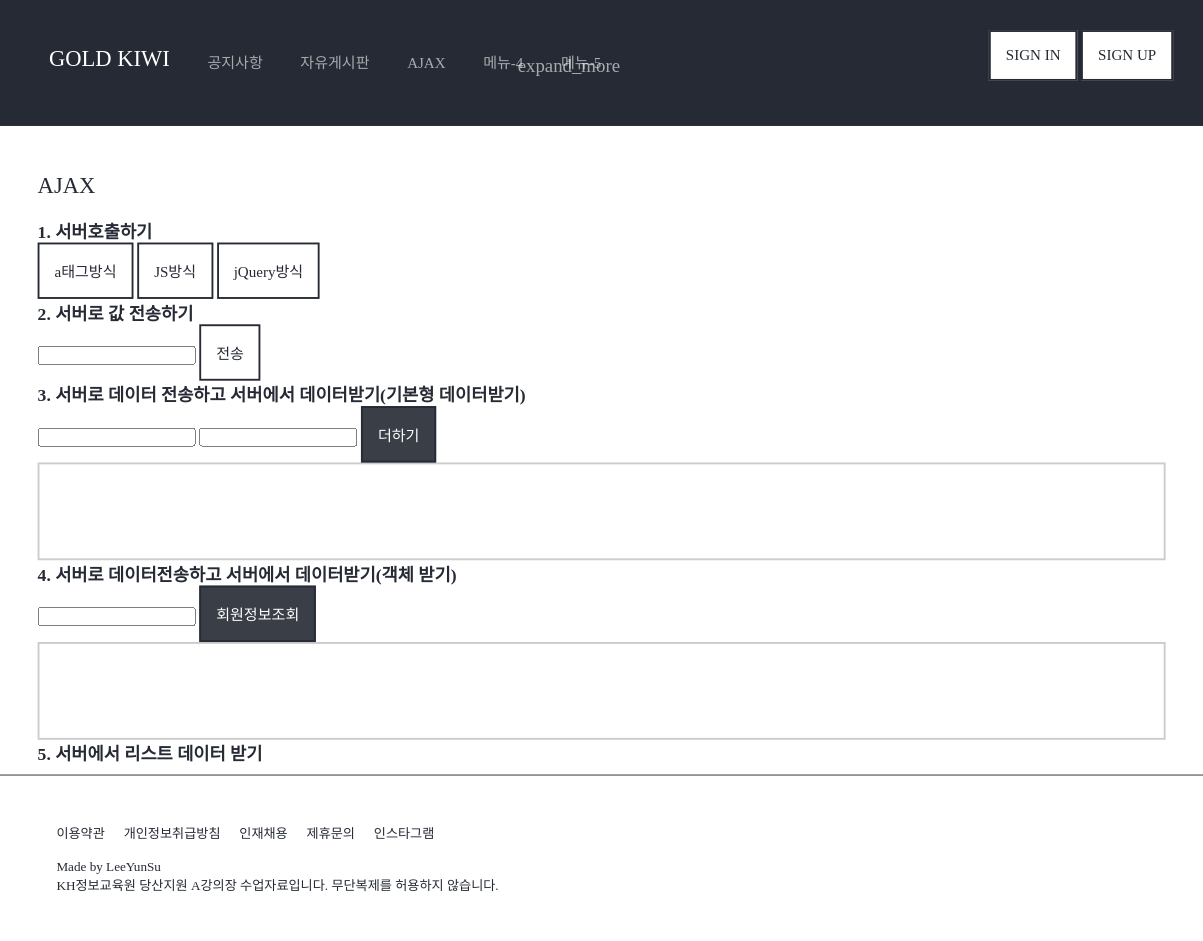
Repository: RiboKim/web-workspace
Page: http://localhost/07_mvc2WebProject/ajax.do
The author's editor kept a copy of each file at every save. The page is drawn from the files as they stood at one save, then again after the next save.
The browser window is 1280 px wide. The pictures show the whole page, at 94% of full size.
Some web fonts or font styles are not loaded; a fallback is used. The page is served by Tomcat 9. Other server files are loaded and not shown.

Above is the page before, as saved 2023-02-21 04:32:36.

### 07_mvc2WebProject/src/main/webapp/WEB-INF/views/etc/ajax.jsp
<%@ page language="java" contentType="text/html; charset=UTF-8"
    pageEncoding="UTF-8"%>
<!DOCTYPE html>
<html>
<head>
<meta charset="UTF-8">
<title>Insert title here</title>
<style>
	.ajaxResult{
		min-height: 100px;
		border : 2px solid #ccc;
	}
</style>
</head>
<body>
	<%@include file="/WEB-INF/views/common/header.jsp" %>
	<div class="page-content">
		<div class="page-title">AJAX</div>
		<h3>1. 서버호출하기</h3>
		<a class="btn bc11" href="/ajaxTest1.do">a태그방식</a>
		<button class="btn bc11" id="js">JS방식</button>
		<button class="btn bc11" id="jQ1">jQuery방식</button>

		<h3>2. 서버로 값 전송하기</h3>
		<input type="text">
		<button class="btn bc11" id="jQ2">전송</button>

		<h3>3. 서버로 데이터 전송하고 서버에서 데이터받기(기본형 데이터받기)</h3>
		<input type="text" id="su1">
		<input type="text" id="su2">
		<button class="btn bc1" id="jQ3">더하기</button>
		<p class="ajaxResult" id="result3"></p>

		<h3>4. 서버로 데이터전송하고 서버에서 데이터받기(객체 받기)</h3>
		<input type="text" id="input4">
		<button class="btn bc1" id="jQ4">회원정보조회</button>
		<p class="ajaxResult" id="result4"></p>

		<h3>5. 서버에서 리스트 데이터 받기</h3>
	</div>
	<script>
		$("#js").on("click",function(){
			//javascript로 ajax를 이용한 서버호출방식
			//1.XMLHttpRequest객체 생성
			const xhttp = new XMLHttpRequest();
			//2.요청 정보 설정
			//method, url, 비동기여부
			xhttp.open("GET","/ajaxTest1.do",true);
			//3.서버 요청 처리에 따른 동작함수 지정
			xhttp.onreadystatechange = function(){
				if(this.readyState == 4 && this.status == 200){
					//요청이 모두 끝나고 && 정상적인 응답이 돌아온 경우
					console.log("서버 요청 성공!!");
				}else if(this.readyState == 4 && this.status == 404){
					//요청이 모두 끝나고 && 해당 페이지를 찾을 수 없는 경우
					console.log("주소를 찾을 수 없습니다.");
				}
			}
			//4.서버에 요청
			xhttp.send();
		});

		$("#jQ1").on("click",function(){
			$.ajax({
				url : "/ajaxTest1.do",
				type : "GET",
				success : function(){
					console.log("서버 호출 완료!!!!");
				},
				error : function(){
					console.log("에러발생");
				},
				complete : function(){
					console.log("무조건 호출");
				}
			});
		});

		$("#jQ2").on("click",function(){
			const input = $(this).prev();
			const inputValue = input.val();
			$.ajax({
				url : "/ajaxTest2.do",
				type : "get",
				data : {input1 : inputValue}, //input1이 key값이라고 생각하면 됨, 여러개 보내는것도 가능
				success : function(){
					console.log("서버로 데이터 전송 완료");
				},
				error : function(){
					console.log("에러발생");
				}
			});
		});
		$("#jQ3").on("click",function(){
			//input에 입력된 값 2개 가져다가
			// /ajaxTest3.do에 전송후 출력
			const su1 = $("#su1").val();
			const su2 = $(this).prev().val();
			$.ajax({
				url : "ajaxTest3.do",
				type : "post",
				data : {num1 : su1, num2 : su2},
				success : function(data){
					console.log(data, typeof data);
					$("#result3").text(su1+"+"+su2+"="+data);
					console.log("서버요청성공");

				},
				error : function(){
					console.log("서버요청 실패")
				}
			});
		});
		$("#jQ4").on("click",function(){
			const memberId = $("#input4").val();
			const result = $("#result4");
			result.empty();//데이터가 쌓이는걸 막는거 없는 아이디를 쳐도 데이터는 쌓이니까
			$.ajax({
				url : "/ajaxTest4.do",
				type : "get",
				data : {memberId : memberId},
				dataType : "JSON", //Servlet에 안 쓸거면 여기에 쓰면 됨
				success : function(data){
					if(data == null){
						result.append("회원 정보를 조회할 수 없습니다.");
					}else{
						result.append("아이디 : "+data.memberId+"<br>");
						result.append("이름 : "+data.memberName+"<br>");
						result.append("전화번호 : "+data.memberPhone+"<br>");
						result.append("주소 : "+data.memberAddr);
					}
				},
				error : function(){
					console.log("서버요청 실패")
				}
			})
		})
	</script>
	<%@include file="/WEB-INF/views/common/footer.jsp" %>
</body>
</html>

### 07_mvc2WebProject/src/main/webapp/WEB-INF/views/common/header.jsp
<%@page import="kr.or.iei.member.model.vo.Member"%>
<%@ page language="java" contentType="text/html; charset=UTF-8"
    pageEncoding="UTF-8"%>
    <%
    	Member m = (Member)session.getAttribute("m");
    %>

	<!-- 구글 아이콘 -->
    <link href="https://fonts.googleapis.com/icon?family=Material+Icons" rel="stylesheet">
    <!-- jquery -->
    <script src="/js/jquery-3.6.0.js"></script>
    <!-- 기본 CSS -->
    <link rel="stylesheet" href="/css/default.css" />
    <!-- 기본 js -->
    <script src="/js/default.js"></script>

    <header>
      <div class="site-logo">
        <a href="/">GOLD KIWI</a>
      </div>
      <nav>
        <ul class="navi">
          <li><a href="/noticeList.do?requestPage=1">공지사항</a></li>
          <li><a href="/boardList.do">자유게시판</a></li>
          <li><a href="/ajax.do">AJAX</a></li>
          <li><a href="#">메뉴-4</a></li>
          <li>
			<a href="#">메뉴-5</a>
            <ul class="sub-navi">
              <li><a href="#">sub-1</a></li>
              <li><a href="#">sub-2</a></li>
              <li><a href="#">sub-3</a></li>
            </ul>
           </li>
        </ul>
      </nav>
      <div class="header-link">
      <%if(m == null){ %>
        <button class="btn bc11 modal-open-btn" target="#login-modal">SIGN IN</button>
        <a class="btn bc11" href="/signupFrm.do">SIGN UP</a>
      <%}else{ %>
      <%--<a class="btn bc11" href="/mypage1.do"><%=m.getMemberName() %></a> --%>
      <%--memberId를 mypage2.do로 넘겨주는거 --%>
      <a class="btn bc11" href="/mypage2.do?memberId=<%=m.getMemberId() %>"><%=m.getMemberName() %></a>

      <a class="btn bc11" href="/logout.do">LOGOUT</a>
      <%} %>
      </div>
    </header>
    <%if(m == null) {%>
    <div id="login-modal" class="modal-bg">
      <div class="modal-wrap">
        <div class="modal-head">
          <h2>SIGN IN</h2>
          <span class="material-icons close-icon modal-close">close</span>
        </div>
        <form action="/signin.do" method="post">
        <div class="modal-content">
          <div class="input-box">
          	<label for="signId">아이디</label>
          	<input type="text" name="signId" id="signId" class="input-form" placeholder="아이디입력">
          </div>
          <div class="input-box">
          	<label for="signPw">비밀번호</label>
          	<input type="password" name="signPw" id="signPw" class="input-form" placeholder="비밀번호입력">
          </div>
          <div class="input-box link-box">
          	<a href="#">아이디/비밀번호 찾기</a>
          </div>
        </div>
        <div class="modal-foot">
          <button type="submit" class="btn bc11">로그인</button>
          <button type="button" class="btn bc1 modal-close">취소</button>
        </div>
        </form>
      </div>
    </div>
    <%}%>

### 07_mvc2WebProject/src/main/webapp/WEB-INF/views/common/footer.jsp
<%@ page language="java" contentType="text/html; charset=UTF-8"
    pageEncoding="UTF-8"%>
	<footer>
      <div class="footer-content">
        <ul>
          <li><a href="#">이용약관</a></li>
          <li><a href="#">개인정보취급방침</a></li>
          <li><a href="#">인재채용</a></li>
          <li><a href="#">제휴문의</a></li>
          <li><a href="#">인스타그램</a></li>
        </ul>
        <p>Made by LeeYunSu</p>
        <p>
          KH정보교육원 당산지원 A강의장 수업자료입니다. 무단복제를 허용하지
          않습니다.
        </p>
      </div>
    </footer>

### 07_mvc2WebProject/src/main/java/kr/or/iei/ajax/controller/AjaxServlet.java
package kr.or.iei.ajax.controller;

import java.io.IOException;

import javax.servlet.RequestDispatcher;
import javax.servlet.ServletException;
import javax.servlet.annotation.WebServlet;
import javax.servlet.http.HttpServlet;
import javax.servlet.http.HttpServletRequest;
import javax.servlet.http.HttpServletResponse;

/**
 * Servlet implementation class AjaxServlet
 */
@WebServlet(name = "Ajax", urlPatterns = { "/ajax.do" })
public class AjaxServlet extends HttpServlet {
	private static final long serialVersionUID = 1L;

    /**
     * @see HttpServlet#HttpServlet()
     */
    public AjaxServlet() {
        super();
        // TODO Auto-generated constructor stub
    }

	/**
	 * @see HttpServlet#doGet(HttpServletRequest request, HttpServletResponse response)
	 */
	protected void doGet(HttpServletRequest request, HttpServletResponse response) throws ServletException, IOException {
		//1.인코딩
		request.setCharacterEncoding("utf-8");
		//2.값추출
		//3.비즈니스로직
		//4.결과처리
		RequestDispatcher view = request.getRequestDispatcher("/WEB-INF/views/etc/ajax.jsp");
		view.forward(request, response);
	}

	/**
	 * @see HttpServlet#doPost(HttpServletRequest request, HttpServletResponse response)
	 */
	protected void doPost(HttpServletRequest request, HttpServletResponse response) throws ServletException, IOException {
		// TODO Auto-generated method stub
		doGet(request, response);
	}

}

### 07_mvc2WebProject/src/main/webapp/css/default.css
/* 사용할 font 선언 */
@font-face {
  font-family: ns-thin;
  src: url(../font/NotoSansKR-Thin.otf);
}
@font-face {
  font-family: ns-light;
  src: url(../font/NotoSansKR-Light.otf);
}
@font-face {
  font-family: ns-m;
  src: url(../font/NotoSansKR-Medium.otf);
}
@font-face {
  font-family: ns-bold;
  src: url(../font/NotoSansKR-Bold.otf);
}
@font-face {
  font-family: ns-black;
  src: url(../font/NotoSansKR-Black.otf);
}
/*
    사이트 사용 색상
    balck : #252A34
    darkgray : #393E46
    lightgray : #EEEEEE
    dark-mint : #00ADB5
    mint : #08D9D6
    point-red : #FF2E63
    point-pink : #F85F73
    point-violet : #892CDC
*/
/* 전체태그 기본 margin, padding 제거 */
/* 기본 글씨 색 및 폰트 설정 */

* {
  margin: 0;
  padding: 0;
  color: #252a34;
  font-family: ns-m;
}
body {
  display: flex;
  flex-direction: column;
  min-height: 100vh;
}
/* 기본화면 레이아웃 */
a {
  text-decoration: none;
}
header {
  background-color: #252a34;
  padding: 32px;
  display: flex;
  min-width: 1200px;
}
header > *:not(.header-link) {
  float: left;
}
header > .site-logo {
  padding: 0px 20px;
}
header > .site-logo > a {
  color: #fff;
  font-family: ns-bold;
  font-size: 24px;
  line-height: 60px;
}
header > nav {
  flex-grow: 1;
}

header > nav > .navi {
  list-style-type: none;
}
header > nav > .navi > li {
  float: left;
  position: relative;
}
header > nav > .navi > li > a {
  display: block;
  color: rgba(255, 255, 255, 0.6);
  padding: 5px 20px;
  transition-duration: 0.5s;
  line-height: 60px;
}
header > nav > .navi > li:hover > a,
header > nav > .navi > li:hover > a + span {
  color: rgba(255, 255, 255, 1);
}
header > nav > .navi > li:hover > .sub-navi {
  display : block;
}
header > nav .sub-navi {
  position: absolute;
  background-color: #fff;
  list-style-type: none;
  display: none;
  border: 1px solid rgba(0, 0, 0, 0.2);
  left: 10px;
  min-width: 10rem;
}
header > nav .sub-navi > li {
  padding: 0.25rem 1rem;
}
header > nav .sub-navi > li > a {
  display: block;
}
header > nav .sub-navi > li:hover {
  background-color: rgba(0, 0, 0, 0.05);
}
.material-icons.dropdown {
  font-size: 20px;
  color: rgba(255, 255, 255, 0.6);
  position: absolute;
  right: 0px;
  top: 27px;
  transition-duration: 0.5s;
}
.material-icons.dropdown:hover {
  cursor: pointer;
}
.page-content {
  width: 1200px;
  margin: 30px auto;
  margin-bottom: 10px;
  flex-grow: 1;
}
.page-title {
  font-family: ns-bold;
  padding: 20px 0px;
  font-size: 1.5rem;
}
footer {
  padding: 50px;
  border-top: 1px solid #252a34;
}
footer > .footer-content {
  width: 1200px;
  margin: 0 auto;
  padding: 0px 10px;
}
footer > .footer-content * {
  font-size: 14px;
}
footer > .footer-content > ul {
  list-style-type: none;
  overflow: hidden;
  margin-bottom: 20px;
}
footer > .footer-content > ul > li {
  float: left;
}
footer > .footer-content > ul > li > a {
  padding-right: 20px;
}

/* font 클래스*/
.f-thin {
  font-family: ns-thin;
}
.f-light {
  font-family: ns-light;
}
.f-medium {
  font-family: ns-m;
}
.f-bold {
  font-family: ns-bold;
}
.f-black {
  font-family: ns-black;
}

/* 글씨 색 */
.fc-1 {
  color: #252a34;
}
.fc-2 {
  color: #393e46;
}
.fc-3 {
  color: #eeeeee;
}
.fc-4 {
  color: #00adb5;
}
.fc-5 {
  color: #08d9d6;
}
.fc-6 {
  color: #ff2e63;
}
.fc-7 {
  color: #f85f73;
}
.fc-8 {
  color: #892cdc;
}

/* 배경 색*/
.bg-1 {
  background-color: #252a34;
}
.bg-2 {
  background-color: #393e46;
}
.bg-3 {
  background-color: #eeeeee;
}
.bg-4 {
  background-color: #00adb5;
}
.bg-5 {
  background-color: #08d9d6;
}
.bg-6 {
  background-color: #ff2e63;
}
.bg-7 {
  background-color: #f85f73;
}
.bg-8 {
  background-color: #892cdc;
}

/* 테이블 디자인 */
.tbl {
  width: 100%;
  border-spacing: 0px;
  border-collapse: collapse;
}
.tbl th,
.tbl td {
  padding: 1rem;
  text-align: center;
}
.tbl .tr-1 {
  background-color: rgba(255, 255, 255, 1);
}
.tbl .tr-2 {
  background-color: rgba(57, 62, 70, 0.1);
}
.tbl .tr-3 {
  background-color: rgba(0, 173, 181, 0.1);
}
.tbl .tr-4 {
  background-color: rgba(137, 44, 220, 0.1);
}
.tbl .tr-5 {
  background-color: rgba(255, 46, 999, 0.1);
}
.tbl .td-1 {
  background-color: rgba(255, 255, 255, 1);
}
.tbl .td-2 {
  background-color: rgba(57, 62, 70, 0.1);
}
.tbl .td-3 {
  background-color: rgba(0, 173, 181, 0.1);
}
.tbl .td-4 {
  background-color: rgba(137, 44, 220, 0.1);
}
.tbl .td-5 {
  background-color: rgba(255, 46, 999, 0.1);
}
.tbl.tbl-hover .tr-1:hover {
  background-color: rgba(0, 0, 0, 0.05);
}
.tbl.tbl-hover .tr-2:hover {
  background-color: rgba(57, 62, 70, 0.15);
}
.tbl.tbl-hover .tr-3:hover {
  background-color: rgba(0, 173, 181, 0.15);
}
.tbl.tbl-hover .tr-4:hover {
  background-color: rgba(137, 44, 220, 0.15);
}
.tbl.tbl-hover .tr-5:hover {
  background-color: rgba(255, 46, 999, 0.15);
}

/* 버튼 디자인 */
.btn {
  border: none;
  padding: 1rem;
  display: inline-block;
  box-sizing: border-box;
  transition-duration: 0.5s;
  font-size: 16px;
  font-family: ns-light;
}
.bc1 {
  background-color: rgba(37, 42, 52, 0.9);
  color: #fff;
  border: 2px solid rgba(37, 42, 52, 0.9);
}
.bc1:hover {
  background-color: rgba(37, 42, 52, 1);
  cursor: pointer;
}
.bc2 {
  background-color: rgba(57, 62, 70, 0.9);
  color: #fff;
  border: 2px solid rgba(57, 62, 70, 0.9);
}
.bc2:hover {
  background-color: rgba(57, 62, 70, 1);
  cursor: pointer;
}
.bc3 {
  background-color: rgba(238, 238, 238, 0.9);
  color: #252a34;
  border: 2px solid rgba(238, 238, 238, 0.9);
}
.bc3:hover {
  background-color: rgba(238, 238, 238, 1);
  cursor: pointer;
}
.bc4 {
  background-color: rgba(0, 173, 181, 0.9);
  color: #fff;
  border: 2px solid rgba(0, 173, 181, 0.9);
}
.bc4:hover {
  background-color: rgba(0, 173, 181, 1);
  cursor: pointer;
}
.bc5 {
  background-color: rgba(8, 217, 214, 0.9);
  color: #fff;
  border: 2px solid rgba(8, 217, 214, 0.9);
}
.bc5:hover {
  background-color: rgba(8, 217, 214, 1);
  cursor: pointer;
}
.bc6 {
  background-color: rgba(255, 46, 99, 0.9);
  color: #fff;
  border: 2px solid rgba(255, 46, 99, 0.9);
}
.bc6:hover {
  background-color: rgba(255, 46, 99, 1);
  cursor: pointer;
}
.bc7 {
  background-color: rgba(248, 95, 115, 0.9);
  color: #fff;
  border: 2px solid rgba(248, 95, 115, 0.9);
}
.bc7:hover {
  background-color: rgba(248, 95, 115, 1);
  cursor: pointer;
}
.bc8 {
  background-color: rgba(137, 44, 220, 0.9);
  color: #fff;
  border: 2px solid rgba(137, 44, 220, 0.9);
}
.bc8:hover {
  background-color: rgba(137, 44, 220, 1);
  cursor: pointer;
}
.bc11 {
  color: rgba(37, 42, 52, 1);
  background-color: #fff;
  border: 2px solid rgba(37, 42, 52, 1);
}
.bc11:hover {
  background-color: rgba(37, 42, 52, 1);
  cursor: pointer;
  color: #fff;
}
.bc22 {
  color: rgba(57, 62, 70, 1);
  background-color: #fff;
  border: 2px solid rgba(57, 62, 70, 1);
}
.bc22:hover {
  background-color: rgba(57, 62, 70, 1);
  cursor: pointer;
  color: #fff;
}
.bc33 {
  color: rgba(37, 42, 52, 1);
  background-color: #fff;
  border: 2px solid rgba(238, 238, 238, 1);
}
.bc33:hover {
  background-color: rgba(238, 238, 238, 1);
  cursor: pointer;
  color: rgba(37, 42, 52, 1);
}
.bc44 {
  color: rgba(0, 173, 181, 1);
  background-color: #fff;
  border: 2px solid rgba(0, 173, 181, 1);
}
.bc44:hover {
  background-color: rgba(0, 173, 181, 1);
  color: #fff;
  cursor: pointer;
}
.bc55 {
  color: rgba(8, 217, 214, 1);
  background-color: #fff;
  border: 2px solid rgba(8, 217, 214, 1);
}
.bc55:hover {
  background-color: rgba(8, 217, 214, 1);
  color: #fff;
  cursor: pointer;
}
.bc66 {
  color: rgba(255, 46, 99, 1);
  background-color: #fff;
  border: 2px solid rgba(255, 46, 99, 1);
}
.bc66:hover {
  background-color: rgba(255, 46, 99, 1);
  color: #fff;
  cursor: pointer;
}
.bc77 {
  color: rgba(248, 95, 115, 1);
  background-color: #fff;
  border: 2px solid rgba(248, 95, 115, 1);
}
.bc77:hover {
  background-color: rgba(248, 95, 115, 1);
  color: #fff;
  cursor: pointer;
}
.bc88 {
  color: rgba(137, 44, 220, 1);
  background-color: #fff;
  border: 2px solid rgba(137, 44, 220, 1);
}
.bc88:hover {
  background-color: rgba(137, 44, 220, 1);
  color: #fff;
  cursor: pointer;
}
.bs1 {
  padding: 1rem;
}
.bs2 {
  padding: 1.5rem;
  font-size: 1.1em;
}
.bs3 {
  padding: 2rem;
  font-size: 1.2em;
}
.bs4 {
  width: 100%;
  padding: 2rem;
  font-size: 1.2em;
}
/* input 디자인 */
.input-form {
  width: 100%;
  display: block;
  padding: 0.8rem;
  background-color: #fff;
  outline: none;
  border: 1px solid #ccc;

  box-sizing: border-box;
}
.input-form:focus {
  box-shadow: 0 0 0 0.1rem #eee;
}

textarea.input-form {
  resize: none;
  min-height: 300px;
}
.input-form:read-only:not(select),
.input-form:disabled {
  background-color: #f7f7f9;
}
/* 페이징 디자인 */
.pagination {
  list-style-type: none;
  display: flex;
  justify-content: center;
  align-items: center;
}
.pagination > li {
  width: 40px;
  height: 40px;
  text-align: center;
  line-height: 40px;
  overflow: hidden;
}
.pagination.circle-style > li {
  border-radius: 50%;
}
.pagination > li > a.page-item {
  display: block;
  width: 100%;
  height: 100%;
  font-size: 18px;
}
.pagination > li > a.page-item > span.material-icons {
  display: block;
  width: 100%;
  height: 100%;
  line-height: 40px;
}
.pagination .page-item.active-page {
  background-color: #252a34;
  color: #fff;
}
/*게시물 표현*/
.posting-wrap {
  display: flex;
  flex-wrap: wrap;
}
.posting-wrap .posting-item {
  box-sizing: border-box;
  width: calc(100% / 5);
  padding: 20px;
}
.posting-wrap .posting-item .posting-img img {
  width: 100%;
  height: 200px;
}
.posting-wrap .posting-item .posting-content {
  width: 80%;
  margin: 0 auto;
}
.posting-wrap .posting-item:hover {
  box-shadow: 0 2px 10px 0 rgba(0, 0, 0, 0.2);
}
/* 댓글 */
.posting-comment {
  display: flex;
  border-top: 2px solid #ccc;

  list-style-type: none;
}
.posting-comment > li {
  box-sizing: border-box;
}
.posting-comment > li:first-child {
  width: 15%;
  display: flex;
  justify-content: center;
  align-items: center;
  min-height: 100px;
  border-right: 1px solid #ccc;
}
.posting-comment.reply > li:first-child {
  width: 20%;
}
.posting-comment > li:first-child .material-icons {
  font-size: 80px;
  color: #ccc;
}
.posting-comment.reply > li:first-child .material-icons:first-child {
  font-size: 40px;
  color: #ccc;
}
.posting-comment.reply > li:last-child {
  display: flex;
  flex-direction: column;
  width: 80%;
}
.posting-comment > li:last-child {
  display: flex;
  flex-direction: column;
  width: 85%;
}
.posting-comment > li:last-child > p {
  width: 100%;
  padding: 5px;
  box-sizing: border-box;
}
.posting-comment > li:last-child > .comment-info > span {
  padding: 0px 10px;
}
.posting-comment > li:last-child > .comment-info > span:not(:last-child) {
  border-right: 2px solid #ccc;
}
.posting-comment > li:last-child > .comment-content {
  padding: 0px 15px;
}
.posting-comment > li:last-child > .comment-link {
  text-align: right;
}
.posting-comment > li:last-child > .comment-link > a {
  margin: 0px 5px;
}
.posting-comment > li:last-child > .comment-link > a:hover {
  text-decoration: underline;
}

/*모달*/
.modal-bg {
  background-color: rgba(0, 0, 0, 0.3);
  position: fixed;
  width: 100%;
  height: 100vh;
  display: none;
  align-items: center;
  flex-direction: column;
}
.modal-wrap {
  margin-top: 150px;
  width: 600px;
  background: #fff;
  height: auto;
}
.modal-wrap div {
  padding: 1rem;
}
.modal-wrap div:not(:last-child) {
  border-bottom: 1px solid #ccc;
}
.modal-wrap .modal-foot {
  text-align: right;
}
.modal-wrap div.modal-head {
  position: relative;
}
.close-icon {
  position: absolute;
  top: 16px;
  right: 16px;
  font-size: 30px;
}
.close-icon:hover {
  cursor: pointer;
}

### 07_mvc2WebProject/src/main/webapp/js/default.js
$(function () {
  $(document).on("click", ".modal-open-btn", function () {
    $($(this).attr("target")).css("display", "flex");
  });
  $(document).on("click", ".modal-close", function () {
    $(this).parents(".modal-wrap").parent().css("display", "none");
  });
  $(".sub-navi").prev().after("<span class='material-icons dropdown'>expand_more</span>");
});
function alertFunc(icon){
	swal({
        title: '제목',
        text: '내용내용내용',
        icon: icon
      });
      //이후 페이지 이동 시 추가
      /*
      .then(function(){
    	 window.location = "${loc}";
      });
      */
}

Loaded but not shown: 07_mvc2WebProject/src/main/webapp/js/jquery-3.6.0.js (library)

After the next save:
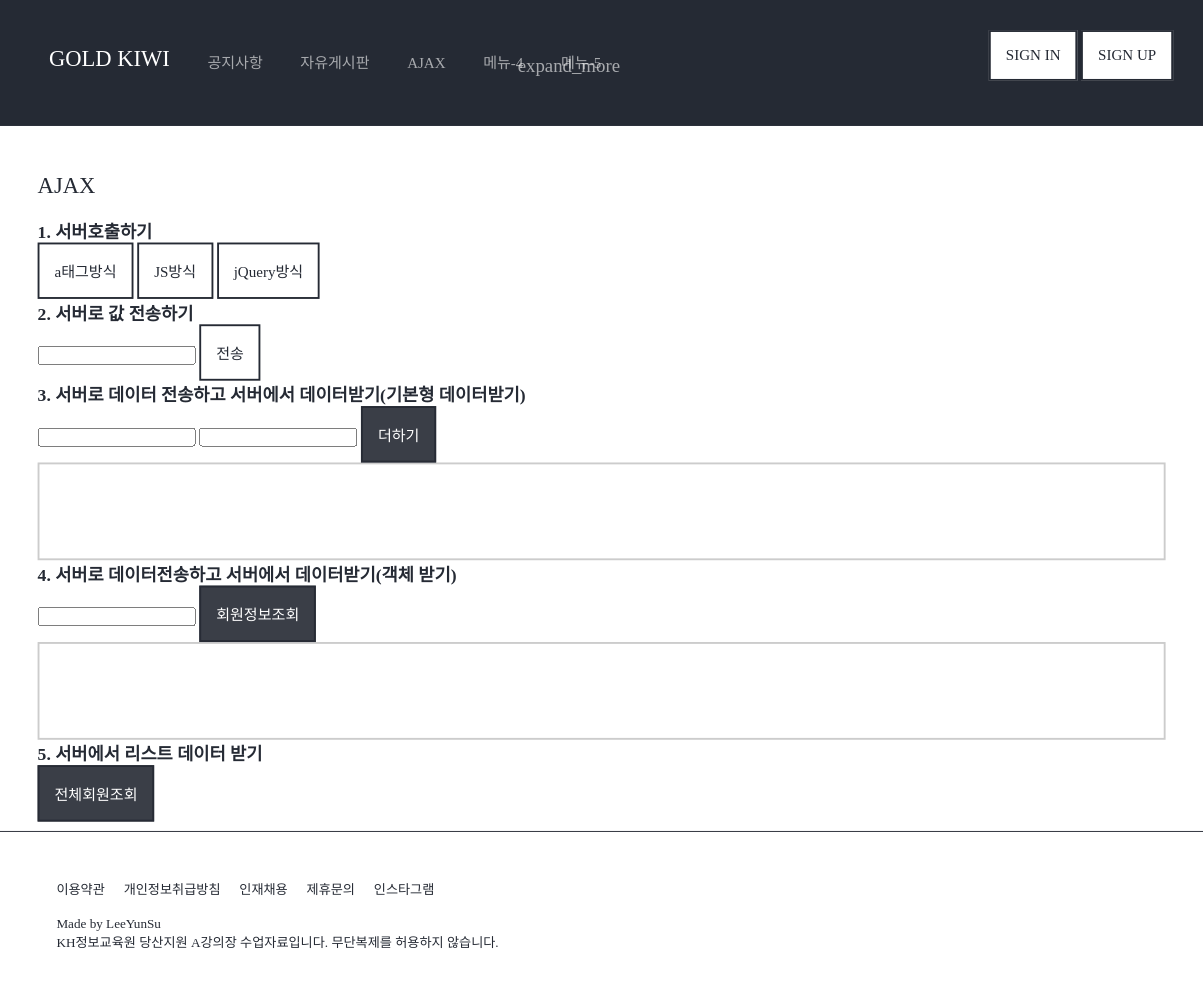
Saved 60 s later.
--- a/07_mvc2WebProject/src/main/webapp/WEB-INF/views/etc/ajax.jsp
+++ b/07_mvc2WebProject/src/main/webapp/WEB-INF/views/etc/ajax.jsp
@@ -37,6 +37,7 @@
 		<p class="ajaxResult" id="result4"></p>
 
 		<h3>5. 서버에서 리스트 데이터 받기</h3>
+		<button class="btn bc1" id="jQ5">전체회원조회</button>
 	</div>
 	<script>
 		$("#js").on("click",function(){
